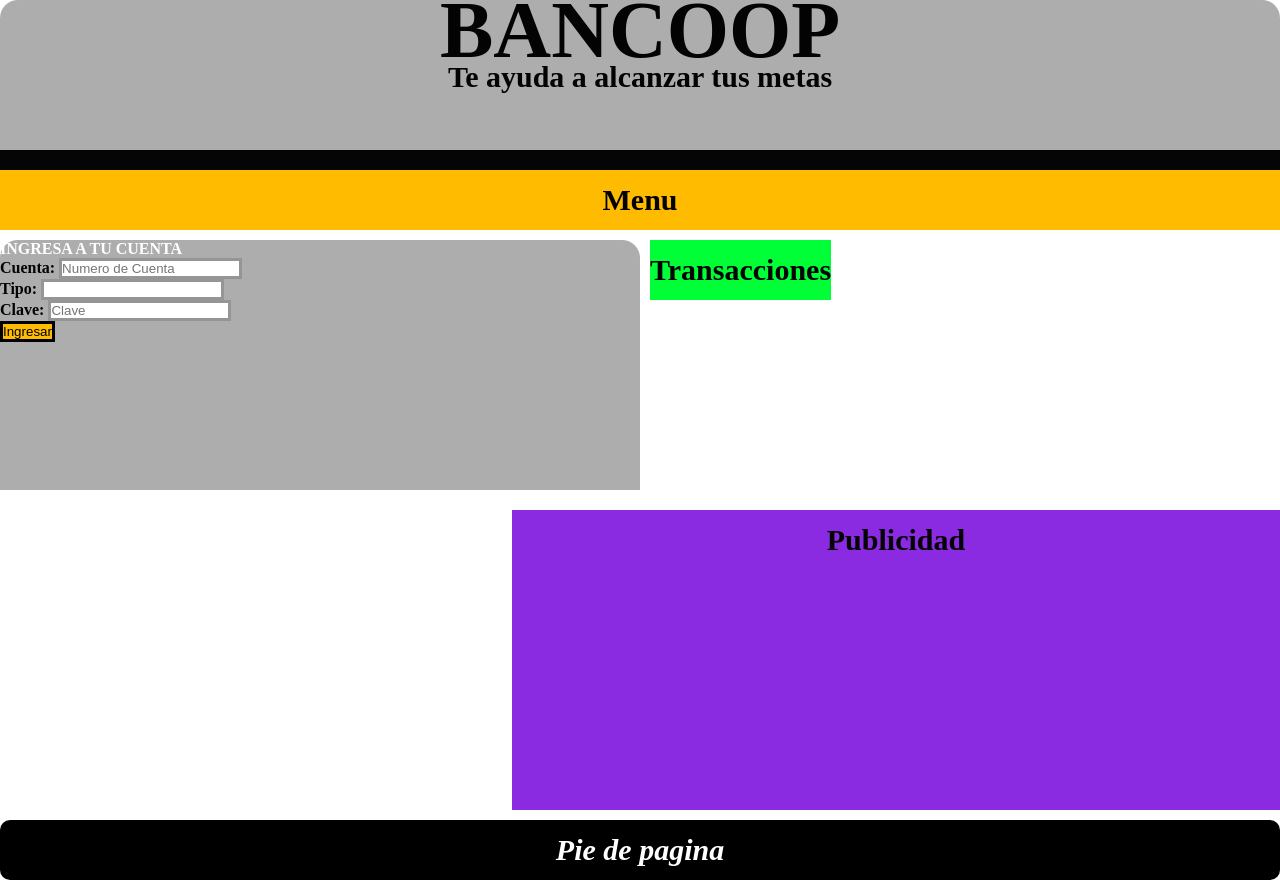
Repository: NickArregoces/BANCOOP
Page: Index.html
These files come from the project's save history. The page is drawn as it stood at one moment and after the next save; the edit follows.
The browser window is 1280 px wide. The pictures show the whole page.

Above is the page before, as saved 2021-09-29 16:49:49.

### Index.html
<!DOCTYPE html>
<html lang="en">
<head>
    <meta charset="UTF-8">
    <meta http-equiv="X-UA-Compatible" content="IE=edge">
    <meta name="viewport" content="width=device-width, initial-scale=1.0">
    <title>BANCOOP Home</title>
    <link rel="stylesheet" href="/CSS/Style.css">
</head>
<body>
    <div id="contenido">
        <header>
            <link rel="stylesheet" href="">
            <h1>BANCOOP</h1>
            <h3>Te ayuda a alcanzar tus metas</h3>
        </header>
        <nav class="barra">

        </nav>
        <nav class="Menu">
            <h2>Menu</h2>
        </main>

        <div id="form">
            <form action="" class="login">
                <h4 style="color: white;">INGRESA A TU CUENTA</h4>
                <h4 >Cuenta:  <input type="number" placeholder="Numero de Cuenta"></h4>

                <h4>Tipo: <input type="text"></h4>

                <h4>Clave: <input type="password" placeholder="Clave"></h4>
                <button class="sumbit"> Ingresar </button>
            </form>

                 <div>
                        <section  id="Transacciones">
                            <article>
                                <h2>Transacciones</h2>
                            </article>
                        </section>
                            <aside>
                                <h2>Publicidad</h2>
                            </aside>
                                <footer>
                                    <h2>Pie de pagina</h2>
                                </footer>
                </div>

        </div>
    </div>

</body>
</html>

### CSS/Style.css

*{
    margin: 0px;
    padding: 0px;
}
body{
    background: rgb(255, 255, 255);
    color: rgb(3, 3, 3);
}
header{
    width: 100%;
    margin: auto;
    background: rgb(173, 173, 173);
    border-top-left-radius:  18px;
    border-top-right-radius:  18px;
    height: 150px;
}
    header h1{
        font-size: 80px;
        text-align: center;
        line-height: 60px;
    }
    header h3{
        font-size: 30px;
        text-align: center;

}
nav.barra{
    background: rgb(5, 5, 5);
    height: 20px;
}

nav.Menu{
    background: rgb(255, 187, 0);
    height: 60px;
}
    nav.Menu h2{
        font-size: 30px;
        text-align: center;
        line-height: 60px;
}
form{
    background: rgb(173, 173, 173);
    border-top-left-radius: 18px;
    border-top-right-radius: 18px;
    float: left;
    width: 50%;
    margin-top: 10px;
    margin-right:10px;
    margin-bottom: 10px;
    height: 250px;
}
    .login h3{
        font-size: 10px;
        text-align: center;
        background: black;
        border-top-left-radius: 18px;
        border-top-right-radius: 18px;
    }
    form input{
        border: solid rgb(149, 149, 149);
    }
    button{
        background-position: center;
        background: rgb(255, 187, 0);
        border: solid black;
    }

article {
    float:left;
    background: rgb(0, 255, 55);
    margin-top: 10px;
    margin-right:10px;
    margin-bottom: 10px;
}
    article h2{
        font-size: 30px;
        text-align: center;
        line-height: 40px;

    }
aside{
    width: 60%;
    height: 300px;
    background: blueviolet;
    margin-top: 10px;
    float: right;
    margin-bottom: 10px;
}
aside h2{
    font-size: 30px;
    text-align: center;
    line-height: 40px;
}
footer{
    background: black;
    clear: both;
    border-radius: 10px;
}
footer h2{
    font-size: 30px;
    text-align: center;
    line-height: 40px;
    color: white;
    font-style:italic;

}

After the next save:
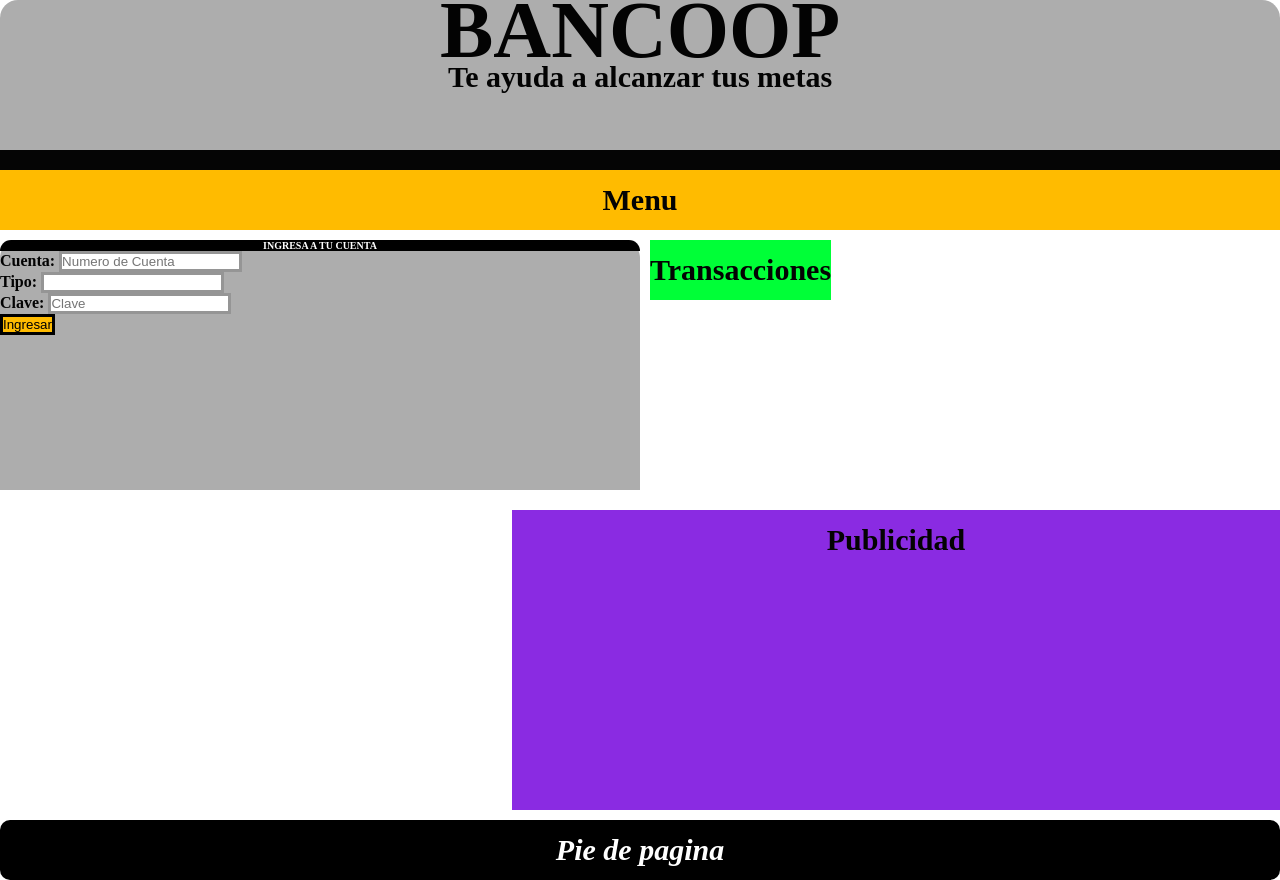
Saved 18 s later.
--- a/Index.html
+++ b/Index.html
@@ -23,7 +23,7 @@
 
         <div id="form">
             <form action="" class="login">
-                <h4 style="color: white;">INGRESA A TU CUENTA</h4>
+                <h3 style="color: white;">INGRESA A TU CUENTA</h3>
                 <h4 >Cuenta:  <input type="number" placeholder="Numero de Cuenta"></h4>
 
                 <h4>Tipo: <input type="text"></h4>
